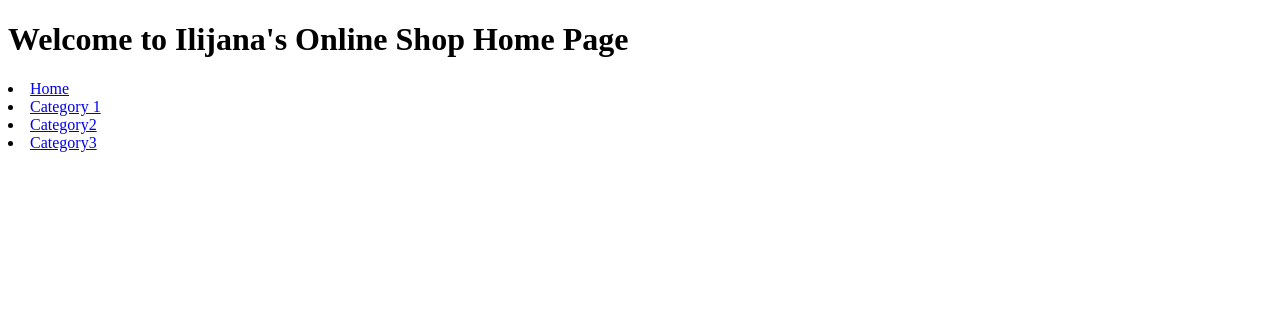
Repository: ilijana123/Proekt1
Page: html.html
The author's editor kept a copy of each file at every save. The page is drawn from the files as they stood at one save, then again after the next save.
The browser window is 1280 px wide. The pictures show the whole page.

Above is the page before, as saved 2023-11-12 21:21:32.

After the next save:
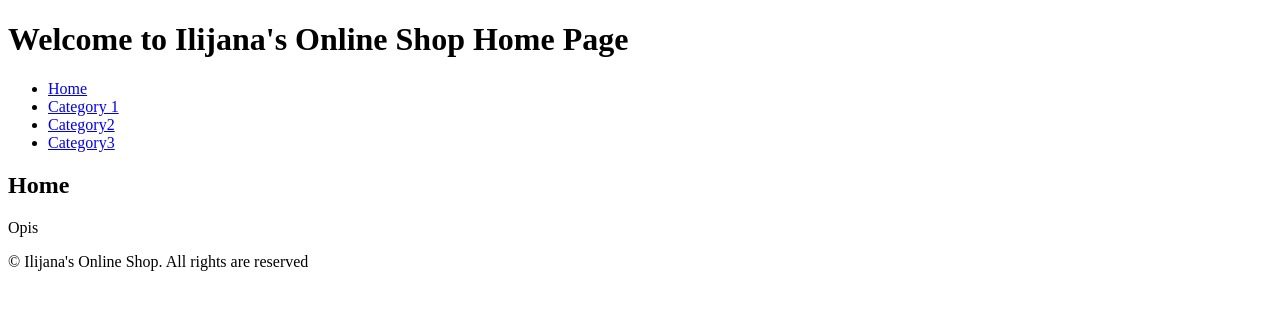
Saved 52 s later.
--- a/html.html
+++ b/html.html
@@ -4,17 +4,24 @@
     <meta charset="utf-8">
     <title>Online shop</title>
     <link rel="stylesheet" type="text/css" href="1.css">
+    <script src="script.js"></script>
     </head>
     <body>
     <header>
        <h1>Welcome to Ilijana's Online Shop  Home Page</h1>
+    </header>
        <nav>
-            <li><a href="#home">Home</a></li>
-            <li><a href="#category1">Category 1</a></li>
-            <li><a href="#category2">Category2</a></li>
-            <li><a href="#category3">Category3</a></li>
+            <ul>
+                <li><a href="#home">Home</a></li>
+                <li><a href="#category1">Category 1</a></li>
+                <li><a href="#category2">Category2</a></li>
+                <li><a href="#category3">Category3</a></li>
+            </ul>
        </nav>
-       </form>
-    </header>
+       <section id="home">
+            <h2>Home</h2>
+            <p>Opis</p>
+       </section>
+       <footer> &copy; Ilijana's Online Shop. All rights are reserved</footer>
     </body>
 </html>
